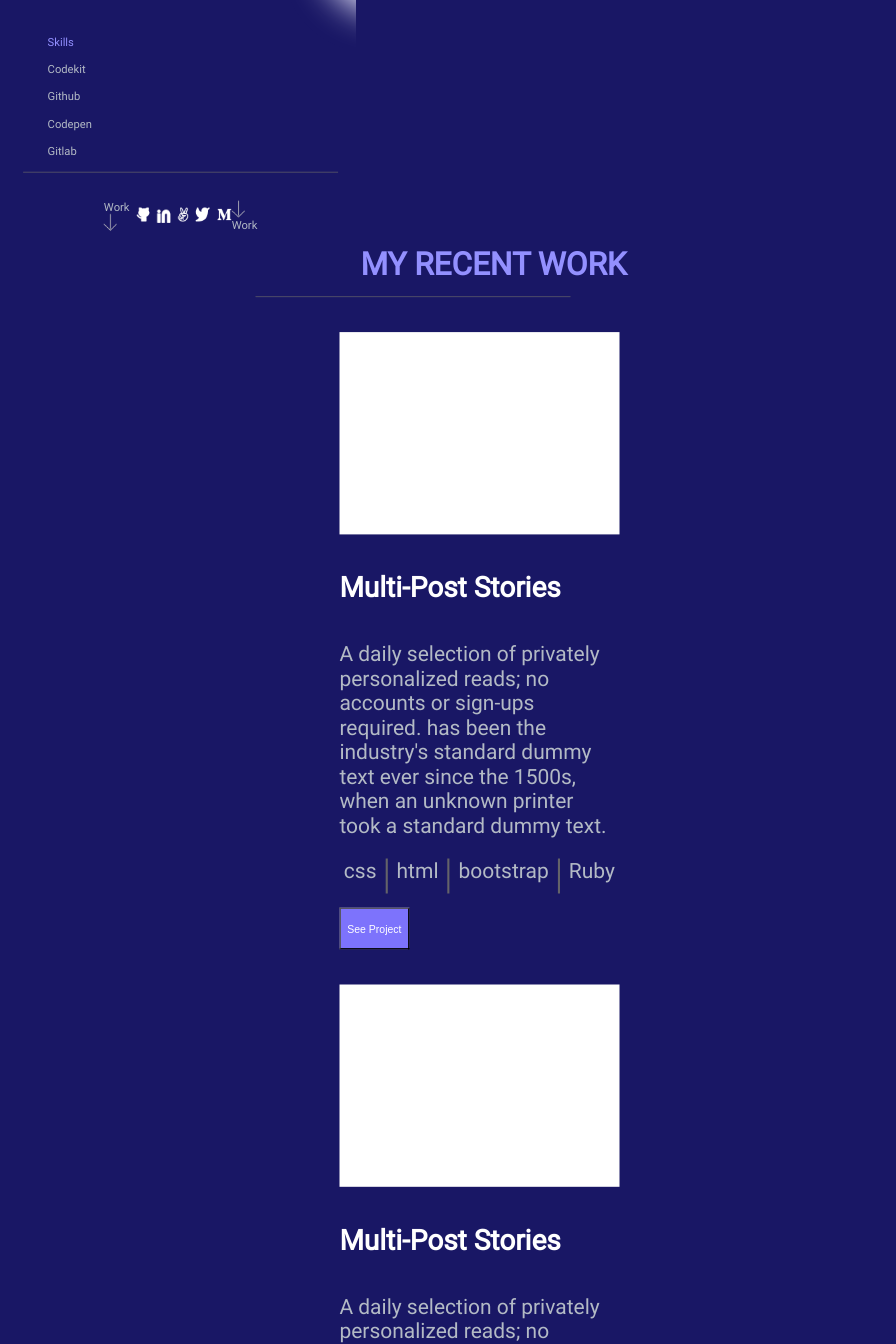
Repository: mustabbas/Portfolio
Page: index.html
These files come from the project's save history. The page is drawn as it stood at one moment and after the next save; the edit follows.
The browser window is 1280 px wide. The pictures show the part of the page from y = 738 to 2658 px (the page is 5862 px tall before and 6112 px after), at 70% of full size.

Above is the page before, as saved 2021-08-17 18:06:26.

### index.html
<!DOCTYPE html>
<html lang="en">
<head>
    <meta charset="UTF-8">
    <meta name="viewport" content="width=device-width, initial-scale=1.0">
    <meta http-equiv="X-UA-Compatible" content="ie=edge">
    <link rel="stylesheet" href="style.css"/>
    <title>Mustafa Portfolio</title>
</head>
<body>
    <section class="container">
        <header class="header">
            <a href="#"><h2>Mustafa Abbas</h2></a>
            <nav class="humberger">
            <img  src="./assets/img/humberger.png" alt="humberger"/>
            <img  src="./assets/img/humberger.png" alt="humberger"/>
            <img  src="./assets/img/humberger.png" alt="humberger"/>
            </nav>
            <ul class="main-nav">
                <li><a href="#">Portoflio</a></li>
                <li><a href="#">About</a></li>
                <li><a href="#">Contact</a></li>
                <li ><a href="#"><img class="email-pic" src="./assets/img/Icon-Mail.png" alt="email"/></a></li >
            </ul>
        </header>
        <div class="head-wraper">
            <div class="title-wraper">
                <h1>Mustafa Abbas</h1>
                <h2>Software Developer</h2>
            </div>
        </div>
        <div class="box"><p>I can help you build a product , feature or website Look through some of my work and experience! If you like what you see and have a project you need coded,  don’t hestiate to contact me.</p></div>
        <div class="line"></div>
        <div class="skills">
        <ul>
            <li>Language</li>
            <li>Javascript</li>
            <li>Ruby</li>
            <li>Html</li>
            <li>Css</li>
        </ul>
        <ul>
            <li>Frameworks</li>
            <li>Ruby on Rails</li>
            <li>Bootstrap</li>
            <li>RSPec</li>
            <li>CapyBara</li>
        </ul>
        <ul>
            <li>Skills</li>
            <li>Codekit</li>
            <li>Github</li>
            <li>Codepen</li>
            <li>Gitlab</li>
        </ul>
      </div>
      <div class="line"></div>
      <div class="footer-nav">
        <div class="work-container upper">
        <span>Work</span>
        <div class="arrow-container">
        <img src="./assets/img/Vector-line-arrow.png" alt="Vector-line-arrow"/>
        <img src="./assets/img/Vector-arrow.png" alt="Vector-arrow"/>
         </div>
        </div>
        <div class="vector-container">
            <ul>
                <li><img src="./assets/img/Vector-github.png" alt="Vector-github"/></li>
                <li>
                    <div class="linked-container">
                        <div>
                            <img src="./assets/img/Vector-dot-linkedin.png" alt="Vector-dot-linkedin"/>
                            <img src="./assets/img/Vector-line-linkedin.png" alt="Vector-line-linkedin"/>
                      </div>
                            <img id="vector2" src="./assets/img/Vector-n-linkedin.png" alt="Vector-n-linkedin"/>
                     </div>
                </li>
                <li> <img src="./assets/img/Vector.png" alt="Vector"/></li>
                <li><img src="./assets/img/Vector-twitter.png" alt="Vector-twitter"/></li>
                <li> <img src="./assets/img/Vector-M.png" alt="Vector-M"/></li>
            </ul>

         </div>
         <div class="work-container">
        <div class="arrow-container">
        <img src="./assets/img/Vector-line-arrow.png" alt="Vector-line-arrow"/>
        <img src="./assets/img/Vector-arrow.png" alt="Vector-arrow"/>
        </div>
        <span>Work</span>
        </div>
    </div>
    </section>

    <section class="recent-work">
    <h3>My recent work</h3>
    <div class="line"></div>
    <div class="card">
       <img src="./assets/img/Placeholder.png" alt="Placeholder"/>
       <div class="card-body">
           <h4>Multi-Post Stories</h4>
           <p>A daily selection of privately personalized reads; no accounts or sign-ups required. has been the industry's standard dummy text ever since the 1500s, when an unknown printer took a standard dummy text.</p>
            <ul>
                <li>css</li>
                <li class="vertical-line"></li>
                <li>html</li>
                <li class="vertical-line"></li>
                <li>bootstrap</li>
                <li class="vertical-line"></li>
                <li>Ruby</li>
            </ul>
            <button class="button">See Project</button>
       </div>
    </div>
    <div class="card">
        <img src="./assets/img/Placeholder.png" alt="Placeholder"/>
        <div class="card-body">
            <h4>Multi-Post Stories</h4>
            <p>A daily selection of privately personalized reads; no accounts or sign-ups required. has been the industry's standard dummy text ever since the 1500s, when an unknown printer took a standard dummy text.</p>
             <ul>
                 <li>css</li>
                 <li class="vertical-line"></li>
                 <li>html</li>
                 <li class="vertical-line"></li>
                 <li>bootstrap</li>
                 <li class="vertical-line"></li>
                 <li>Ruby</li>
             </ul>
             <button class="button">See Project</button>
        </div>
     </div>
     <div class="card">
        <img src="./assets/img/Placeholder.png" alt="Placeholder"/>
        <div class="card-body">
            <h4>Multi-Post Stories</h4>
            <p>A daily selection of privately personalized reads; no accounts or sign-ups required. has been the industry's standard dummy text ever since the 1500s, when an unknown printer took a standard dummy text.</p>
             <ul>
                 <li>css</li>
                 <li class="vertical-line"></li>
                 <li>html</li>
                 <li class="vertical-line"></li>
                 <li>bootstrap</li>
                 <li class="vertical-line"></li>
                 <li>Ruby</li>
             </ul>
             <button class="button">See Project</button>
        </div>
     </div>
     <div class="card">
        <img src="./assets/img/Placeholder.png" alt="Placeholder"/>
        <div class="card-body">
            <h4>Multi-Post Stories</h4>
            <p>A daily selection of privately personalized reads; no accounts or sign-ups required. has been the industry's standard dummy text ever since the 1500s, when an unknown printer took a standard dummy text.</p>
             <ul>
                 <li>css</li>
                 <li class="vertical-line"></li>
                 <li>html</li>
                 <li class="vertical-line"></li>
                 <li>bootstrap</li>
                 <li class="vertical-line"></li>
                 <li>Ruby</li>
             </ul>
             <button class="button">See Project</button>
        </div>
     </div>
    </section>

    <section class="card-container">
        <div class="card">
        <div class="card-body">
        <h3>CONTACT US</h3>
        <p>If you have an application you are interested in developing, a feature that you need built or a project that needs coding. I’d love to help with it </p>
        <form>
        <input type="text" placeholder="Text Input" maxlength="30" required/>
        <input type="email" placeholder="jeremy@gmail.com" required/>
        <textarea rows="15" cols="48" placeholder="Enter text here" maxlength="500" required></textarea>
        <button class="button btn">See Project</button>
        </form>
        </div>
        <div class="footer-nav">
            <div class="work-container upper">
            <span>Work</span>
            <div class="arrow-container">
            <img src="./assets/img/Vector-line-arrow.png" alt="Vector-line-arrow"/>
            <img src="./assets/img/Vector-arrow.png" alt="Vector-arrow"/>
             </div>
            </div>
            <div class="vector-container">
                <ul>
                    <li><img src="./assets/img/Vector-github.png" alt="Vector-github"/></li>
                    <li>
                        <div class="linked-container">
                            <div>
                                <img src="./assets/img/Vector-dot-linkedin.png" alt="Vector-dot-linkedin"/>
                                <img src="./assets/img/Vector-line-linkedin.png" alt="Vector-line-linkedin"/>
                          </div>
                                <img src="./assets/img/Vector-n-linkedin.png" alt="Vector-n-linkedin"/>
                         </div>
                    </li>
                    <li> <img src="./assets/img/Vector.png" alt="Vector"/></li>
                    <li><img src="./assets/img/Vector-twitter.png" alt="Vector-twitter"/></li>
                    <li> <img src="./assets/img/Vector-M.png" alt="Vector-M"/></li>
                </ul>

             </div>
            <span>emailhere@email.com</span>
        </div>
    </div>
    </section>


</body>
</html>

### style.css
@font-face {
  font-family: 'roboto';
  src: url(assets/font/Roboto/Roboto-Regular.ttf);
}

body {
  background-color: #191765;
  font-family: 'roboto', sans-serif;
}

ul {
  margin: 0;
  padding: 0;
  list-style: none;
}

h1 {
  color: #9390ff;
}

p,
h2,
td,
li,
a,
span {
  color: #b3bac5;
}

.header {
  display: flex;
  justify-content: space-around;
  align-items: center;
}

.header a {
  text-decoration: none;
}

.main-nav {
  display: flex;
}

.main-nav a {
  display: block;
  padding: 1em;
  text-decoration: none;
}

.head-wraper {
  display: flex;
  justify-content: center;
  align-items: center;
  background-image: url("./assets/img/circle1header.svg");
  background-repeat: no-repeat;
  background-position: -160px -50px;
}

.title-wraper {
  flex-direction: column;
  justify-content: center;
}

.title-wraper h1 {
  font-size: 3rem;
}

.title-wraper h2 {
  font-size: 2rem;
  margin-top: 0;
}

.container {
  display: flex;
  flex-direction: column;
  justify-content: center;
  align-items: center;
  width: 500px;
}

.box {
  min-width: 450px;
  width: 33.333%;
  margin: 50px;
}

.box p {
  font-size: 20px;
  font-weight: 300;
  text-align: center;
  color: #b3bac5;
}

.line {
  min-width: 450px;
  width: 33.333%;
  border-bottom: 1px solid #646369;
}

.skills {
  display: flex;
  justify-content: space-between;
  flex-wrap: wrap;
  width: 500px;
  background-image: url("./assets/img/circle1header.svg");
  background-repeat: no-repeat;
  background-position: 400px 10px;
}

.skills ul {
  width: 40%;
  margin-top: 20px;
  margin-left: 40px;
}

.skills li {
  margin: 20px;
}

.skills ul li:first-child {
  color: #9390ff;
}

.email-pic {
  color: #b3bac5;
}

.footer-nav {
  display: flex;
  justify-content: space-around;
  align-items: center;
  margin-top: 40px;
}

.work-container .work-container2 {
  display: flex;
  justify-content: space-around;
}

.vector-container ul {
  display: flex;
  justify-content: center;
  align-items: center;
}

.vector-container img {
  margin-left: 10px;
}

.arrow-container {
  display: flex;
  flex-direction: column;
  align-items: flex-start;
  margin-right: 10px;
}

.arrow-container img:first-child {
  margin-left: 9px;
}

.arrow-container img:last-child {
  margin-top: -8px;
}

.linked-container {
  display: flex;
}

.linked-container div {
  display: flex;
  flex-direction: column;
}

#vector2 {
  margin-left: auto;
}

h3 {
  font-size: 45px;
  color: #9390ff;
  margin: 20px;
  text-transform: uppercase;
  margin-left: 150px;
}

.recent-work {
  display: grid;
  grid-template-columns: auto;
  grid-template-rows: auto;
  justify-content: center;
}

.card-container {
  display: grid;
  grid-template-columns: auto;
  grid-template-rows: auto;
  justify-content: center;
}

.card {
  display: flex;
  flex-direction: column;
  width: 400px;
  margin-left: 120px;
  margin-top: 50px;
}

.card-body h4 {
  font-size: 40px;
  color: #fff;
}

.card-body p {
  font-size: 30px;
  text-align: left;
}

.card-body h3 {
  font-size: 45px;
  color: #9390ff;
  margin: 20px;
  text-transform: uppercase;
}

.card-body ul {
  display: flex;
  justify-content: space-around;
  font-size: 30px;
  text-align: left;
}

.vertical-line {
  height: 50px;
  border-right: 3px solid #646369;
}

.button {
  background-color: #7d73fc;
  width: 100px;
  height: 60px;
  color: #fff;
  font-size: 15px;
  margin-top: 20px;
}

.button:hover {
  box-shadow: 0 8px 16px rgba(125, 115, 252, 0.48);
}

input {
  width: 100%;
  height: 60px;
  padding: 12px 20px;
  margin: 8px 0;
  display: inline-block;
  border: 1px solid #ccc;
  border-radius: 4px;
  box-sizing: border-box;
  margin-bottom: 30px;
}

textarea::placeholder {
  font-size: 20px;
  padding: 20px;
}

.btn {
  margin-left: 150px;
  margin-top: 30px;
}

@media only screen and (max-width: 500px) {
  .header {
    width: 500px;
    justify-content: space-around;
  }

  .header ul {
    display: none;
  }

  .main-nav {
    flex-direction: column;
  }

  .head-wraper {
    width: 500px;
  }

  .head-wraper img {
    margin-left: -200px;
  }

  .right {
    margin-right: -100px;
  }

  .container img {
    margin-right: -500px;
  }

  .humberger {
    display: flex;
    flex-direction: column;
    justify-content: space-between;
  }

  .humberger img {
    width: 33.33px;
    height: 3px;
    margin: 5px;
    background-color: #b3bac5;
  }

  .footer-nav {
    /* width: 500px; */
    flex-direction: column;
  }

  .upper {
    display: none !important;
  }

  .work-container {
    display: flex;
    margin-top: 30px;
  }
}

After the next save:
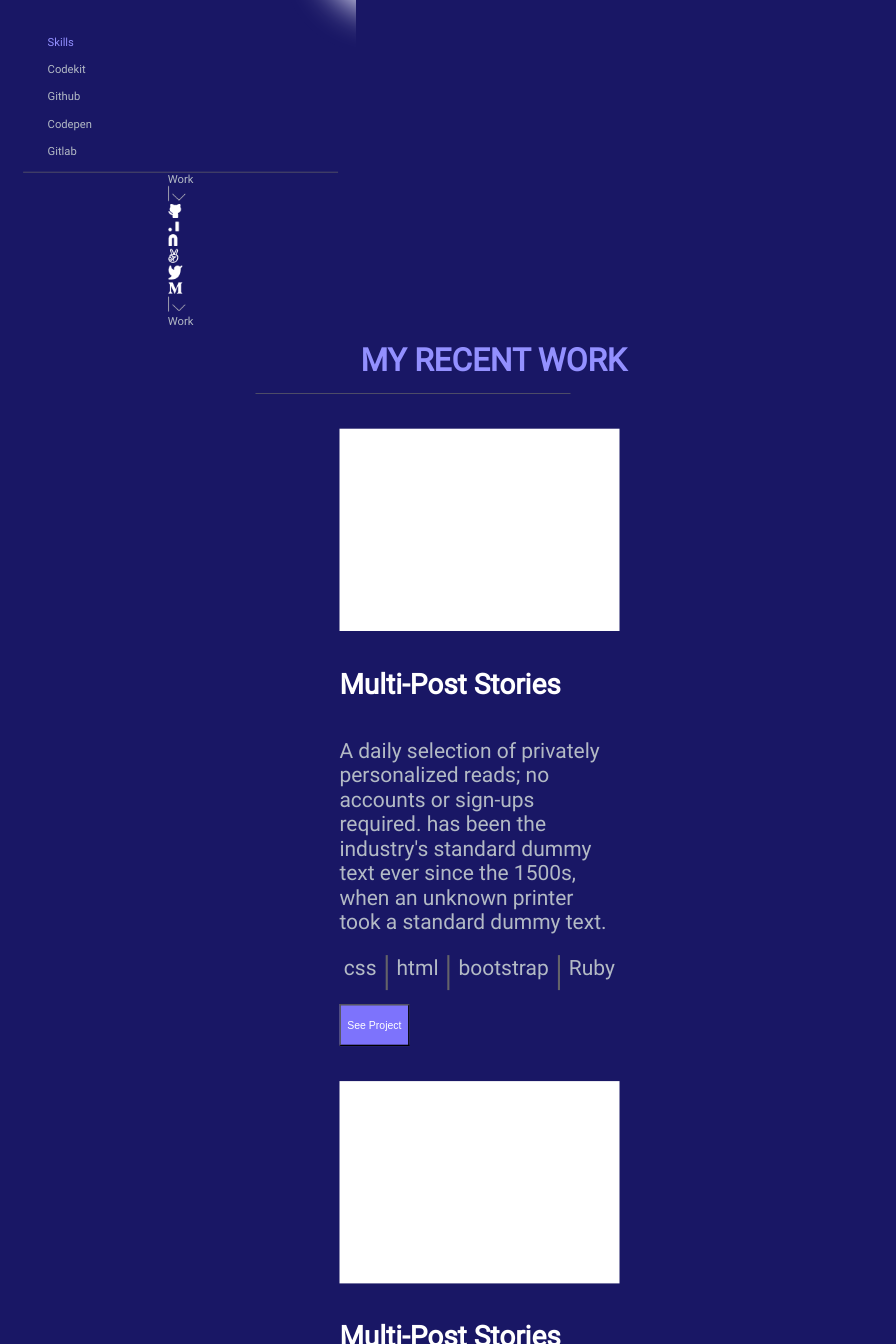
Saved 84 s later.
--- a/style.css
+++ b/style.css
@@ -125,7 +125,7 @@ span {
   color: #b3bac5;
 }
 
-.footer-nav {
+/* .footer-nav {
   display: flex;
   justify-content: space-around;
   align-items: center;
@@ -173,7 +173,7 @@ span {
 
 #vector2 {
   margin-left: auto;
-}
+} */
 
 h3 {
   font-size: 45px;
